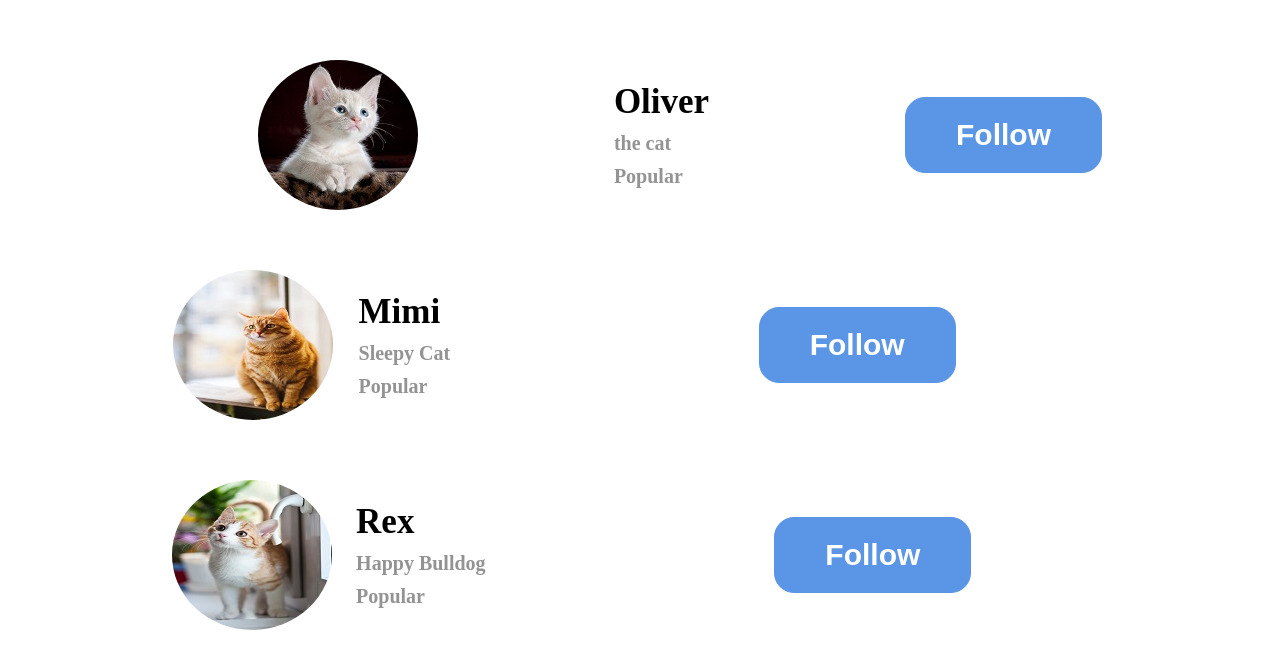
Repository: arifshahriyarnader/css-flexbox
Page: Exercise 4/index.html
These files come from the project's save history. The page is drawn as it stood at one moment and after a run of saves; the edit follows.
The browser window is 1280 px wide. The pictures show the whole page.

Above is the page before, as saved 2024-06-21 11:51:09.

After the next 2 saves:
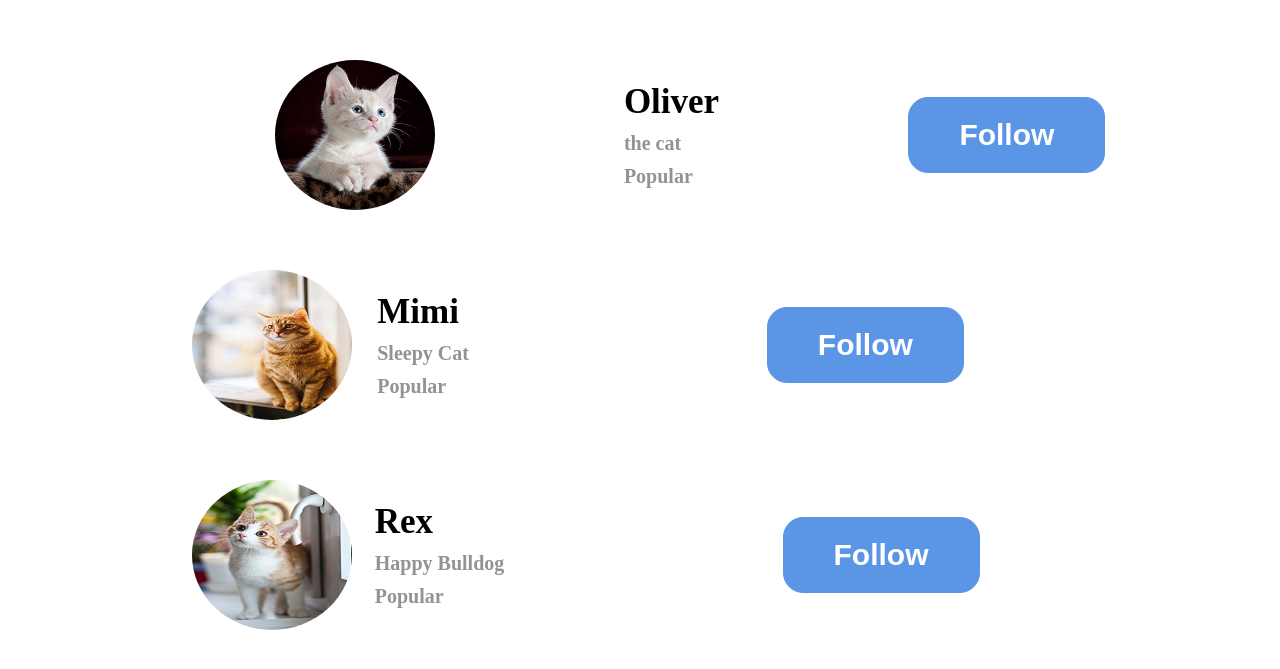
The 2 saves are shown as one change because they came seconds apart.
The last was saved 7 s later.
--- a/Exercise 4/css/style.css
+++ b/Exercise 4/css/style.css
@@ -11,7 +11,7 @@
 }
 .follow_img{
     border-radius: 50%;
-    margin-left: 80px;
+    margin-left: 100px;
 }
 .follow_content h3{
     font-size: 35px;
